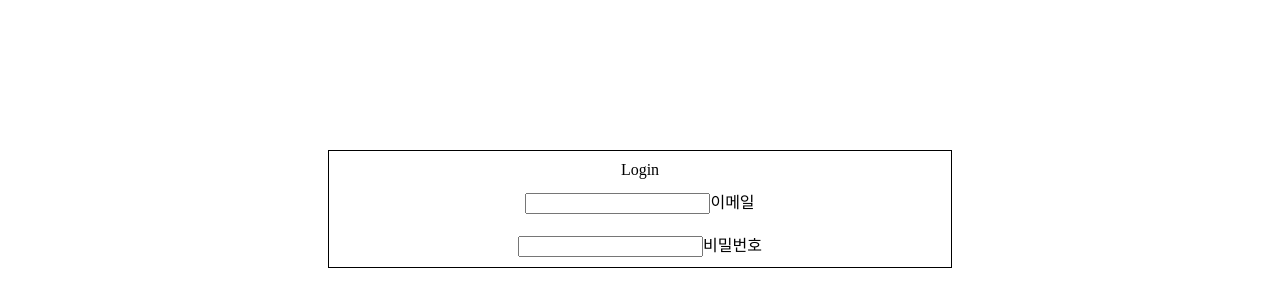
Repository: smandkd/Multicampus_Frontend
Page: http://localhost/Mulcam_Project/jsp/login.jsp
The author's editor kept a copy of each file at every save. The page is drawn from the files as they stood at one save, then again after the next save.
The browser window is 1280 px wide. The pictures show the whole page.
The page is served by Tomcat 9.

Above is the page before, as saved 2022-01-30 02:05:23.

### Mulcam_Project/jsp/login.jsp
<%@ page contentType="text/html; charset=utf-8"
    pageEncoding="EUC-KR"%>
<!DOCTYPE html>
<html>
<head>
<meta name="viewport" content="width=device-width, initial-scale=1.0">
<style type="text/css">
.a {
	text-align:center;
	margin-right:320px;
	margin-left:320px;
	margin-top:150px;
	padding-top:10px;
	border:1px solid;
}
.b {
	margin-top:10px;
}
.c {
	margin-bottom:10px;
}
</style>
</head>
<body>

<div class="a">
	Login
	<div>
		<div class="b">
		<input type="text"/>이메일
		</div>
		<br/>
		<div class="c">
		<input type="text"/>비밀번호
		</div>
	</div>
</div>
</body>
</html>

After the next save:
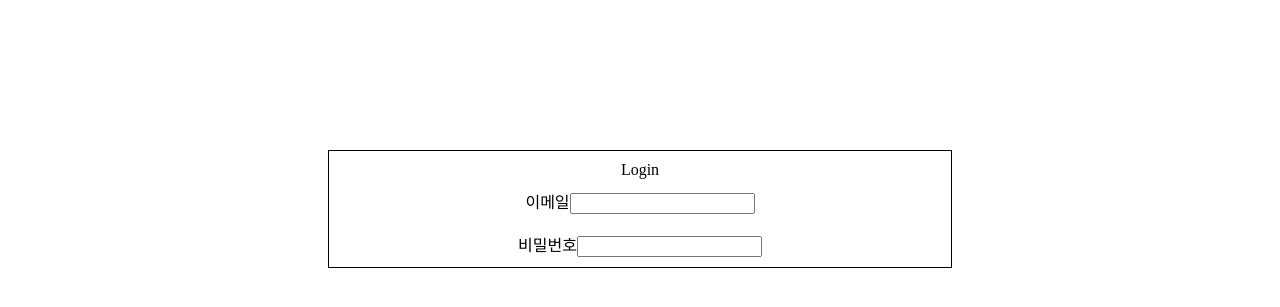
Saved 10 s later.
--- a/Mulcam_Project/jsp/login.jsp
+++ b/Mulcam_Project/jsp/login.jsp
@@ -27,11 +27,11 @@
 	Login
 	<div>
 		<div class="b">
-		<input type="text"/>이메일
+		이메일<input type="text"/>
 		</div>
 		<br/>
 		<div class="c">
-		<input type="text"/>비밀번호
+		비밀번호<input type="text"/>
 		</div>
 	</div>
 </div>
